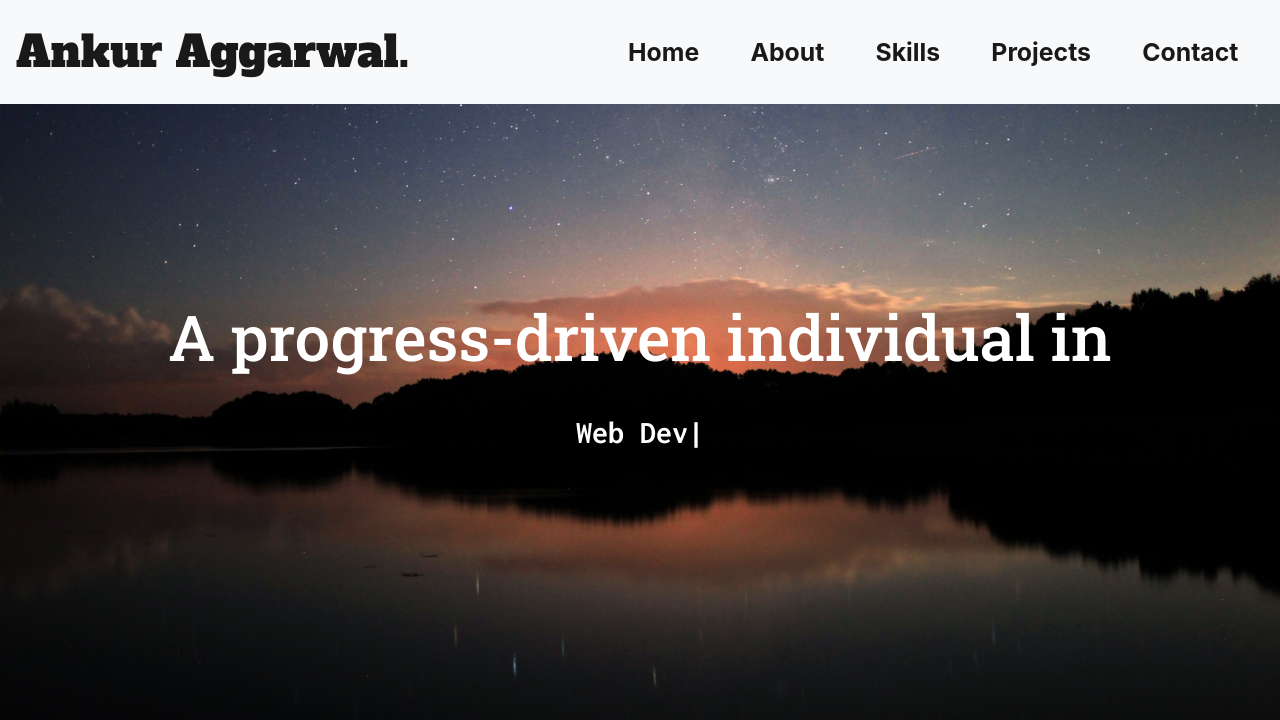
Repository: AnkurDevv/PersonalWebsite
Page: index.html
The author's editor kept a copy of each file at every save. The page is drawn from the files as they stood at one save, then again after the next save.
The browser window is 1280 px wide. The pictures show the whole page.
Some web fonts or font styles are not loaded; a fallback is used.

Above is the page before, as saved 2020-09-13 14:17:01.

### index.html
<!DOCTYPE html>
<html>

<head>
  <meta charset="utf-8">
  <meta http-equiv="X-UA-Compatible" content="IE=edge">
  <title>Ankur Aggarwal</title>
  <meta name="description" content="">
  <meta name="viewport" content="width=device-width, initial-scale=1">
  <!-- Importing Bootstrap here -->
  <link rel="stylesheet" href="https://stackpath.bootstrapcdn.com/bootstrap/4.4.1/css/bootstrap.min.css"
    integrity="sha384-Vkoo8x4CGsO3+Hhxv8T/Q5PaXtkKtu6ug5TOeNV6gBiFeWPGFN9MuhOf23Q9Ifjh" crossorigin="anonymous">
  <!--CUSTOM CSS FOR THE PAGE  -->
  <link rel="stylesheet" href="./style/index.css">
  <!-- FOR COOL ANIMATION EFFECTS -->
  <link rel="stylesheet" href="./style/animate.css">
  <!-- FOR COOL TYPING EFFECTS -->
  <script src="https://cdn.jsdelivr.net/npm/typed.js@2.0.11"></script>
  <!-- FOR GOOGLE FONTS - START -->
  <!-- for main heading -->
  <link
    href="https://fonts.googleapis.com/css2?family=Merienda:wght@700&family=Pacifico&family=Roboto&family=Roboto+Slab:wght@500&display=swap"
    rel="stylesheet">
  <!-- For Sub heading -->
  <link
    href="https://fonts.googleapis.com/css2?family=Inconsolata:wght@700&family=Merienda:wght@700&family=Pacifico&family=Roboto&family=Roboto+Slab:wght@500&display=swap"
    rel="stylesheet">
  <!-- For Navbar Logo -->
  <link href="https://fonts.googleapis.com/css2?family=Alfa+Slab+One&display=swap" rel="stylesheet">
  <!-- FOR GOOGLE FONTS - END -->
</head>

<body>
  <header>
    <nav class="navbar navbar-expand-lg navbar-light bg-light">
      <a class="navbar-brand" id="Brand-logo">Ankur Aggarwal.</a>
      <button class="navbar-toggler" type="button" data-toggle="collapse" data-target="#navbarNav"
        aria-controls="navbarNav" aria-expanded="false" aria-label="Toggle navigation">
        <span class="navbar-toggler-icon"></span>
      </button>
      <div class="collapse navbar-collapse" id="navbarNav">
        <ul class="navbar-nav">
          <li class="nav-item active">
            <a class="nav-link" href="#">Home</a>
          </li>
          <li class="nav-item active">
            <a class="nav-link" href="#">About</a>
          </li>
          <!-- <li class="nav-item active">
            <a class="nav-link" href="#">Why Me?</a>
          </li> -->
          <li class="nav-item active">
            <a class="nav-link" href="#">Skills</a>
          </li>
          <li class="nav-item active">
            <a class="nav-link" href="#">Projects</a>
          </li>
          <li class="nav-item active">
            <a class="nav-link" href="#">Contact</a>
          </li>
        </ul>
      </div>
    </nav>
    <!-- FIRST IMPRESSION SECTION - START -->
    <section class="first-impression-section">
      <div class="row first-impression-row">
        <h1 class="text-center animated fadeInDown" id="MainNameHeading">A progress-driven individual in
        </h1>
      </div>
      <div class="row">
        <h3 id="MainSubHeading">
          <span id="typed" style="white-space:pre;"></span>
          <!-- <span class="typed-cursor typed-cursor--blink">|</span> -->
        </h3>
      </div>
    </section>
    <!-- FIRST IMPRESSION SECTION - END -->
  </header>

  <script>
    // JS FOR COOL TYPING EFFECT USING TYPE.JS -  START
    var options = {
      strings: ['Web Development.', 'Software Engineering.', 'Product Development.'],
      typeSpeed: 100,
      loop: true,
      backDelay: 800,
      backSpeed: 80,
      startDelay: 1000,
    };
    var typed = new Typed('#typed', options);
// JS FOR COOL TYPING EFFECT USING TYPE.JS -  END
  </script>

  <!-- NECESSARY JS FOR BOOTSTRAP - START -->
  <script src="https://code.jquery.com/jquery-3.4.1.slim.min.js"
    integrity="sha384-J6qa4849blE2+poT4WnyKhv5vZF5SrPo0iEjwBvKU7imGFAV0wwj1yYfoRSJoZ+n"
    crossorigin="anonymous"></script>
  <script src="https://cdn.jsdelivr.net/npm/popper.js@1.16.0/dist/umd/popper.min.js"
    integrity="sha384-Q6E9RHvbIyZFJoft+2mJbHaEWldlvI9IOYy5n3zV9zzTtmI3UksdQRVvoxMfooAo"
    crossorigin="anonymous"></script>
  <script src="https://stackpath.bootstrapcdn.com/bootstrap/4.4.1/js/bootstrap.min.js"
    integrity="sha384-wfSDF2E50Y2D1uUdj0O3uMBJnjuUD4Ih7YwaYd1iqfktj0Uod8GCExl3Og8ifwB6"
    crossorigin="anonymous"></script>
  <!-- NECESSARY JS FOR BOOTSTRAP - END -->

  <!-- ADDING JQUERY - START -->
  <script src="https://ajax.googleapis.com/ajax/libs/jquery/3.5.1/jquery.min.js"></script>
  <!-- ADDING JQUERY - END -->

  <!-- CUSTOM JS FOR THE PAGE - START  -->
  <script src="index.js"></script>
  <!-- CUSTOM JS FOR THE PAGE - END  -->
</body>

</html>

### style/index.css
body{
  margin-left: 0;
  margin-right: 0;
}

/* NAVBAR CSS - START */

#Brand-logo{
  font-family: 'Alfa Slab One', cursive;
  font-size: 270%;
}

.navbar-nav{
  margin-left: auto;
}

.nav-link{
  font-size: 155%;
  font-weight: 700;
  padding: 2vw!important;
}

@media only screen and (max-width: 992px) {
  .nav-link{
    text-align: center;
  }
}

@media only screen and (max-width: 600px) {

  #Brand-logo{
    font-size: 140%;
  }

  .navbar-nav{
    height: 100vh;
  }

  .nav-link{
    margin: 5vh auto;
  }

}

/* NAVBAR CSS - END */

/* FIRST IMPRESSION SECTION CSS - START */
header{
  height: 100vh; /* Takes 100% of the screen size */
  background-image:url(../images/sunset_skyline_lake_reflection_114025_1920x1080.jpg);
  -webkit-background-size: cover;
  background-position: center;
  overflow: hidden;
}

#MainNameHeading{
  margin: 0 auto;
  margin-top: 27vh;
  font-size: 395%;
  color: white;
  font-family: 'Roboto Slab', serif;
  padding-bottom: 3%;
}

#MainSubHeading{
  margin: 0 auto;
  color: white;
  text-align: -webkit-center;
  font-family: 'Inconsolata', monospace;
  font-size: xx-large;
}
/* FIRST IMPRESSION SECTION CSS - ENDS */

### index.js
// CHANGING NAVBAR COLOR WHEN A USER HOVERS OVER A LINK
$(document).ready(function () {

  // makes nav transparent when user hovers on a link
  $(".nav-link").hover(function () {
    $('.navbar').addClass('bg-dark').removeClass('bg-light');
    $('#Brand-logo').css("color", "white");
    $('.nav-link').css("color", "white");
    $('.navbar-toggler').css("color", "white");
  });

  // makes nav non-transparent when user hovers on a link
  $(".navbar").mouseleave(function () {
    $('.navbar').addClass('bg-light').removeClass('bg-dark');
    $('#Brand-logo').css("color", "black");
    $('.nav-link').css("color", "black");
    $('.navbar-toggler').css("color", "black");
  });

});

Loaded but not shown: style/animate.css (library)

After the next save:
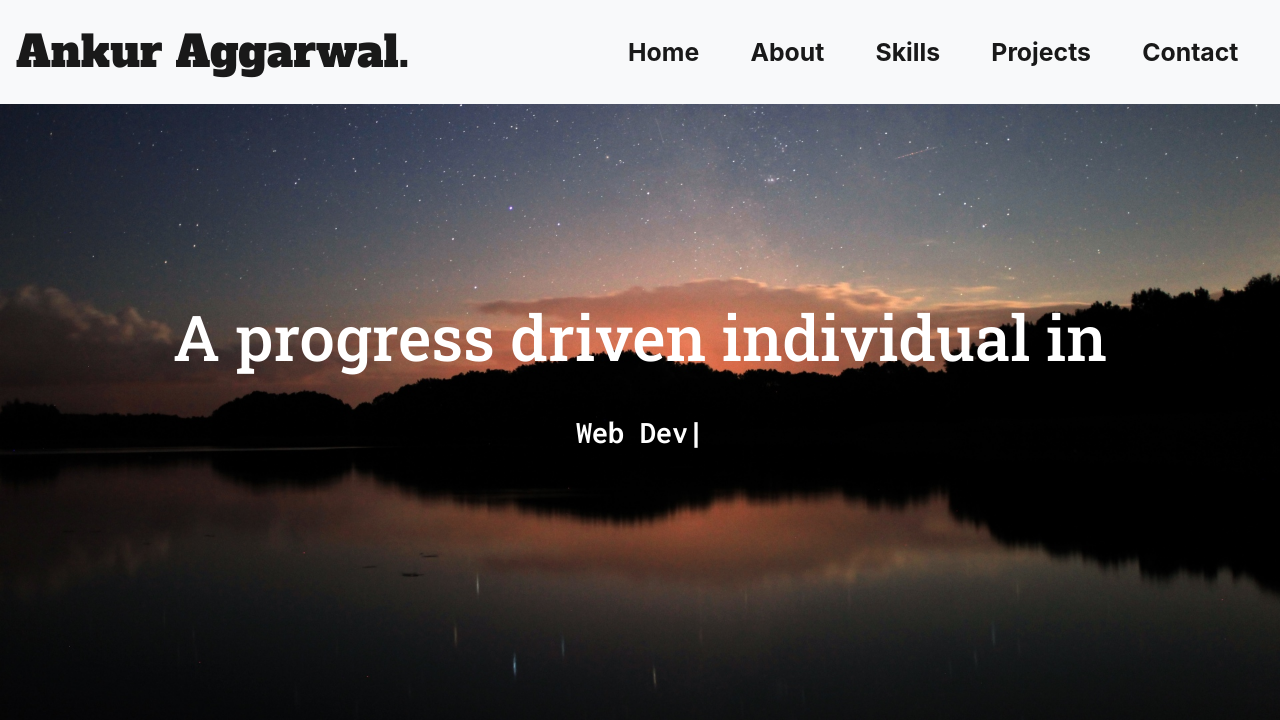
Saved 42 s later.
--- a/index.html
+++ b/index.html
@@ -64,7 +64,7 @@
     <!-- FIRST IMPRESSION SECTION - START -->
     <section class="first-impression-section">
       <div class="row first-impression-row">
-        <h1 class="text-center animated fadeInDown" id="MainNameHeading">A progress-driven individual in
+        <h1 class="text-center animated fadeInDown" id="MainNameHeading">A progress driven individual in
         </h1>
       </div>
       <div class="row">
